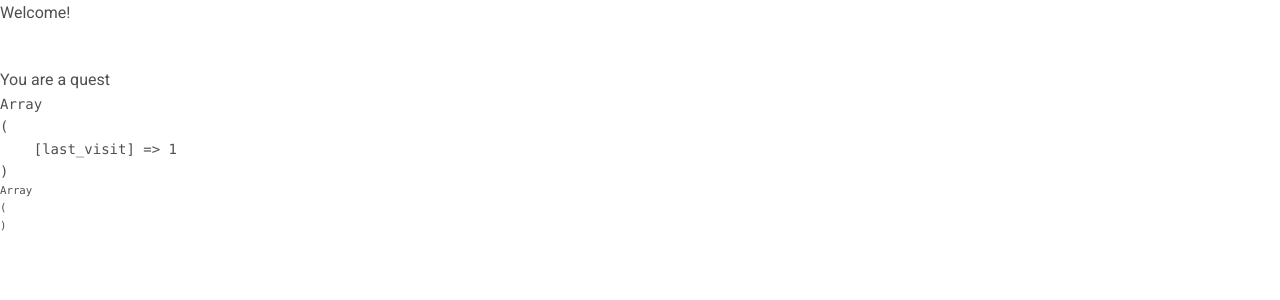
Repository: mahoone/revising_php
Page: http://localhost/
These files come from the project's save history. The page is drawn as it stood at one moment and after the next save; the edit follows.
The browser window is 1280 px wide. The pictures show the whole page.
Some web libraries are served in a nearby version. The page is run by PHP 8.4 with error messages shown; the project is at /var/www/html/.

Above is the page before, as saved 2020-06-27 18:54:12.

### index.php
<!DOCTYPE html>
<html lang="en">
  <head>
    <meta charset="UTF-8" />
    <meta name="viewport" content="width=device-width, initial-scale=1, shrink-to-fit=no" />
    <meta http-equiv="x-ua-compatible" content="ie=edge" />
    <title>Home</title>
    <!-- Font Awesome -->
    <link rel="stylesheet" href="https://use.fontawesome.com/releases/v5.11.2/css/all.css" />
    <!-- Google Fonts Roboto -->
    <link
      rel="stylesheet"
      href="https://fonts.googleapis.com/css2?family=Roboto:wght@300;400;500;700&display=swap"
    />
    <!-- MDB -->
    <link rel="stylesheet" href="css/mdb.min.css" />
    <!-- Custom styles -->
    <style></style>
  </head>
  <body>

    <?php
    session_start();

    require ('./utils/Utils.php');
    include ('./utils/Stats.php');

    $user_data = array();

    $user_data = new Visitor;
    $user_data->visitCounter();
    $user_data->setUserCookies();

    dumb($_SESSION);
    dumb($_COOKIE);
    ?>

  </body>
  <script type="text/javascript" src="js/mdb.min.js"></script>
  <script type="text/javascript"></script>
</html>

### utils/Utils.php
<?php

function dumb($dumb_value) {
    echo '<pre>';
    print_r($dumb_value);
    echo '<pre>';
}

### utils/Stats.php
<?php

// User
class User {

    private $user_name;
    private $user_password;

    public function setUser($name, $password) {
        $this->user_name = $name;
        $this->user_password = $password;
    }

    public function getUserName() {
        return $this->user_name;
    }

    public function getUserPassword() {
        return $this->user_password;
    }
}

// Elements
class FormElements extends User {
    public function showUserData() {
        echo '<input type="text" name="'.$this->getUserName().'"value="'.htmlspecialchars($this->getUserPassword()).'" />';
    }
}

// Log visitor data from current session
class Visitor {

    public function visitCounter() {
        if(!isset($_SESSION['last_visit'])) {
            $_SESSION['last_visit'] = 0;
            echo '<p>'.'Welcome!'.'</p>'.'<br/>';
        }
        $_SESSION['last_visit']++;
    }

    public function setUserCookies() {
       setcookie('visit_no', time(), time() + 30* 86400);{
           if(!isset($_COOKIE['visit_no'])) {
               echo 'You are a quest'.'<br/>';
           }
           else {
               echo '<p>'.'You visited this page on '.date('d.m.Y, H:i', $_COOKIE['visit_no']).'</p>'.'<br/>';
           }
        }
    }

    public function displayVisitorData() {
        echo 'Hey! It is your '.$_SESSION['last_visit'].' visit!';
    }
}

Loaded but not shown: css/mdb.min.css (library); js/mdb.min.js (library)

After the next save:
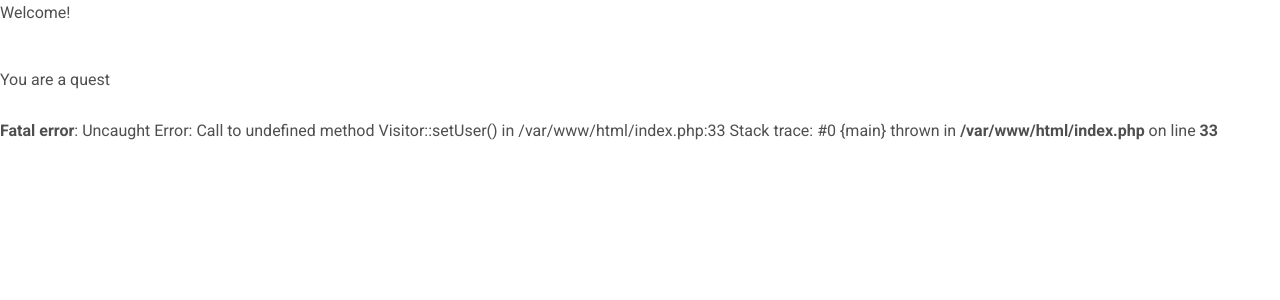
Saved 76 s later.
--- a/index.php
+++ b/index.php
@@ -30,6 +30,7 @@
     $user_data = new Visitor;
     $user_data->visitCounter();
     $user_data->setUserCookies();
+    $user_data->setUser('kamil', 'password');
 
     dumb($_SESSION);
     dumb($_COOKIE);
